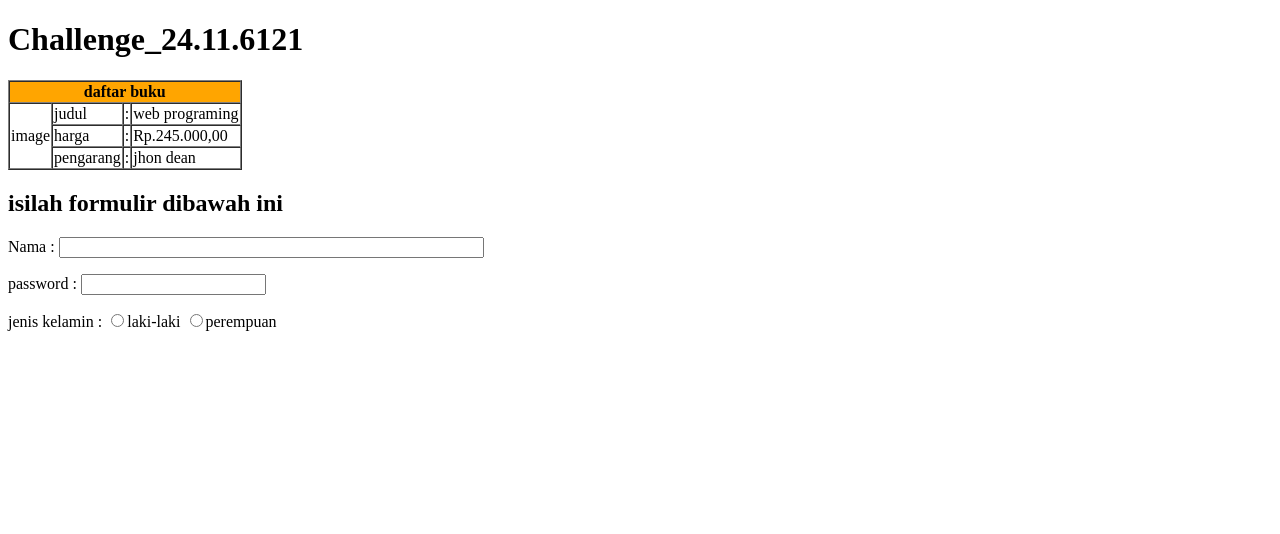
Repository: Tepen-com/challenge_24.11.6121_p4
Page: index.html
These files come from the project's save history. The page is drawn as it stood at one moment and after the next save; the edit follows.
The browser window is 1280 px wide. The pictures show the whole page.

Above is the page before, as saved 2026-04-20 11:15:08.

After the next save:
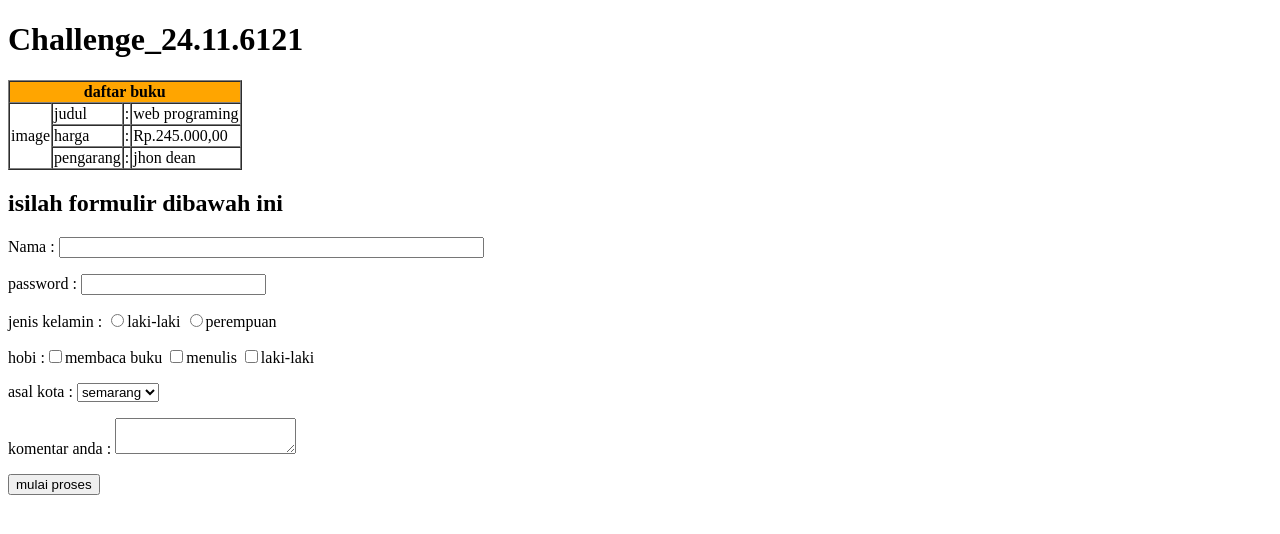
Saved 11 min 53 s later.
--- a/index.html
+++ b/index.html
@@ -37,13 +37,28 @@
                 <td>jhon dean</td>
             </tr>
         </table>
-        <h2>isilah formulir dibawah ini</h2>
+        <form>
+            <h2>isilah formulir dibawah ini</h2>
         <p>Nama : <input type="text" value="" size="50"></p>
         <p>password : <input type="password" size="20"></p>
         <p>jenis kelamin : <input type="radio" name="kelamin" value="laki-laki">laki-laki
             <input type="radio" name="kelamin" value="perempuan">perempuan
         </p>
-        <p></p>
+        <p>hobi :<input type="checkbox" name="baverage" value="membaca buku">membaca buku
+                <input type="checkbox" name="baverage" value="menulis">menulis
+                <input type="checkbox" name="baverage" value="memancing">laki-laki
+        </p>
+        <p>asal kota : <select name="kota">
+                                <option value="semarang">semarang</option>
+                                <option value="timika">timika</option>
+                                <option value="jakarta">jakarta</option>
+        </select></p>
+        <p>
+            komentar anda : <textarea></textarea>
+        </p>
+        <input type="button" name="klik" value="mulai proses">
+        </form>
+
     </body>
 
 
